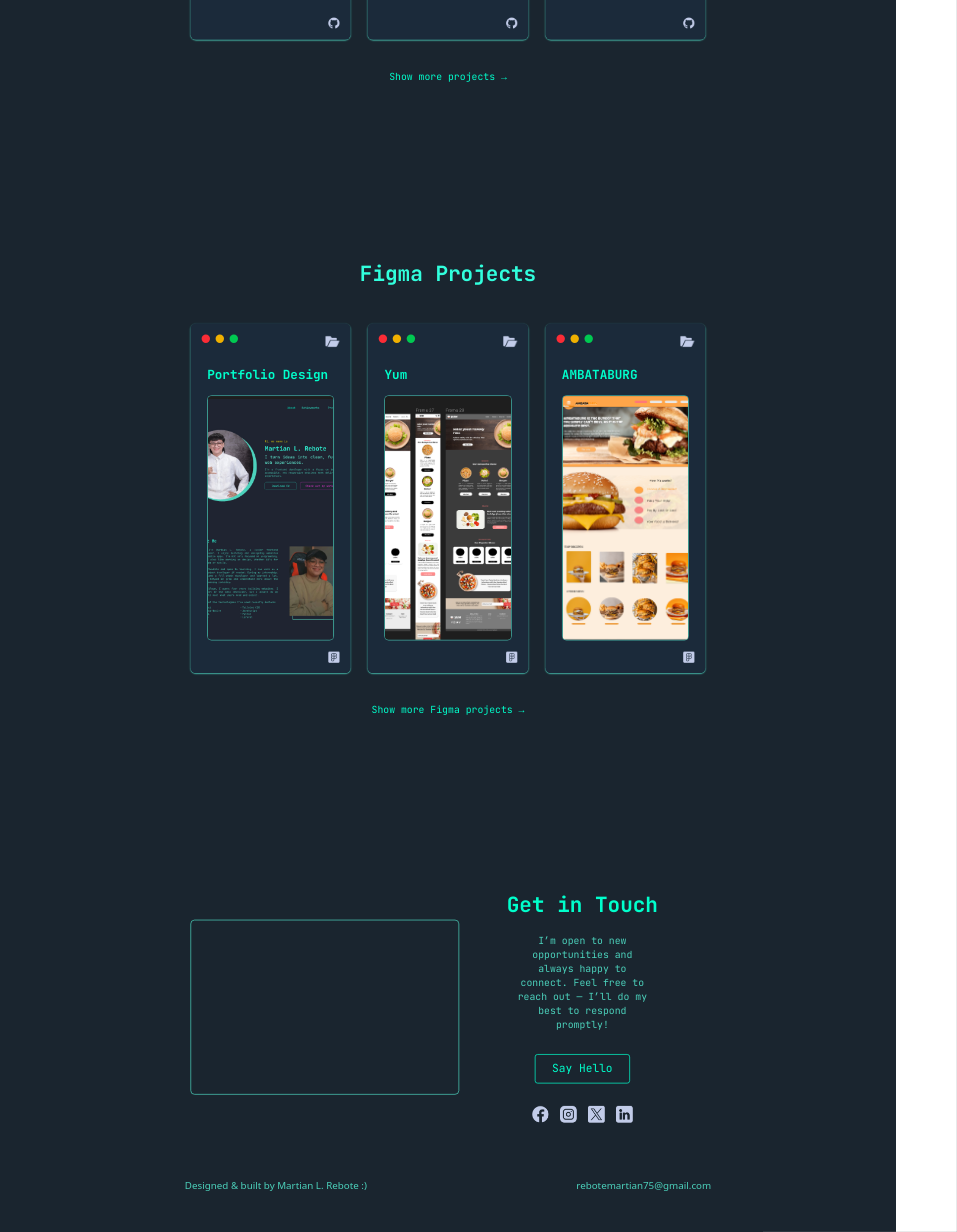
Repository: m4rsu-code/Portfolio
Page: / (app in my-portfolio/)
An editor plug-in stored every save of this project. The page is shown before and after the next save, followed by the edit.
The browser window is 1280 px wide. The page is 1367 px wide, so the pictures cover 1367 px, including what lies to the right of the window. The pictures show the part of the page from y = 3327 to 5087 px (the page is 5087 px tall before and 5055 px after), at 70% of full size.
The project was rebuilt for these pictures with package versions that can differ from the ones it lists, and the page was loaded fresh each time. Also part of the build but not shown: my-portfolio/vite.config.js, my-portfolio/src/assets/components/Modal/AchievementModal.jsx, my-portfolio/src/AchievementsPage.jsx, my-portfolio/src/ProjectPage.jsx, my-portfolio/src/FigmaProjectsPage.jsx.

Above is the page before, as saved 2025-08-04 18:29:52.

After the next save:
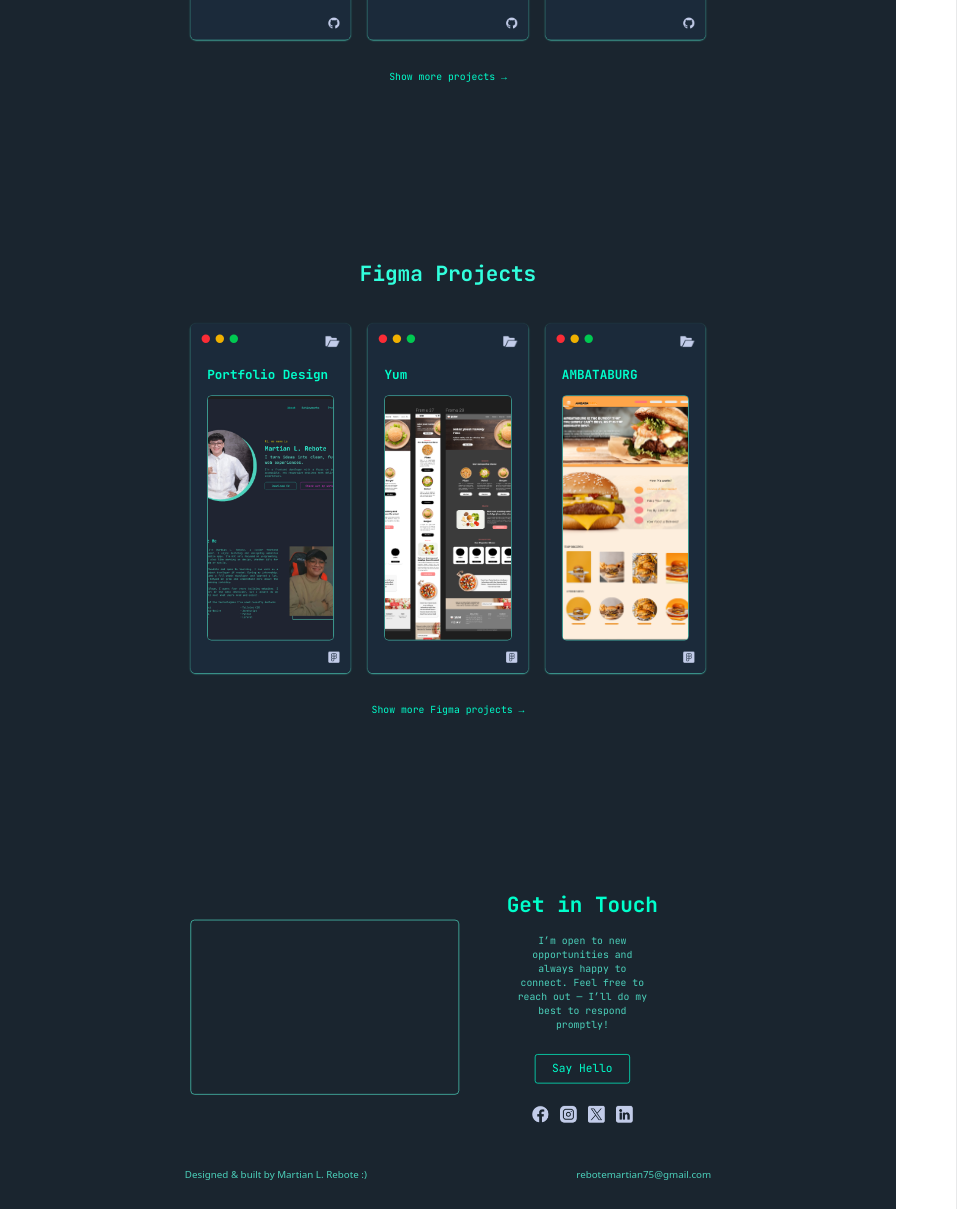
Saved 9 s later.
--- a/my-portfolio/src/App.jsx
+++ b/my-portfolio/src/App.jsx
@@ -368,7 +368,7 @@ function App() {
         </div>
 
         {/* Footer */}
-        <footer className="text-[#4CD2BC] text-sm py-4 flex items-center justify-between px-6">
+        <footer className="text-[#4CD2BC] text-sm  flex items-center justify-between px-6">
           <span>Designed & built by Martian L. Rebote :)</span>
           <a href="mailto:rebotemartian75@gmail.com" className="text-[#4CD2BC] hover:underline">
             rebotemartian75@gmail.com
